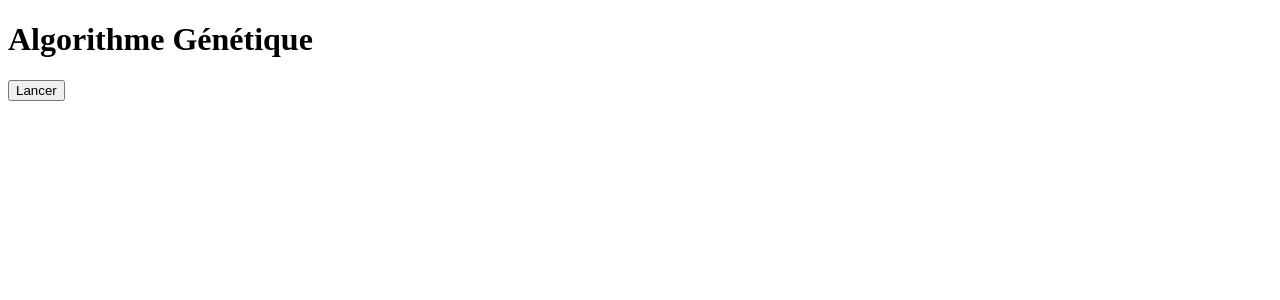
Repository: Dispasim/wynncraft_recipe_generator
Page: frontend.html
These files come from the project's save history. The page is drawn as it stood at one moment and after the next save; the edit follows.
The browser window is 1280 px wide. The pictures show the whole page.

Above is the page before, as saved 2026-05-03 05:45:16.

### frontend.html
<!DOCTYPE html>
<html>
<head>
    <title>Genetic Algorithm Runner</title>
</head>
<body>

<h1>Algorithme Génétique</h1>

<button onclick="runAlgo()">Lancer</button>

<pre id="output"></pre>

<script>
async function runAlgo() {
    document.getElementById("output").innerText = "Calcul en cours...";

    const response = await fetch("/run");
    const data = await response.json();

    document.getElementById("output").innerText =
        "Score: " + data.score + "\n\n" +
        "Recipe: " + data.recipe + "\n\n" +
        "Boost: " + JSON.stringify(data.boost) + "\n\n" +
        "Stats: " + JSON.stringify(data.stats) + "\n\n" +
        "Lien: " + data.link;
}
</script>

</body>
</html>

After the next save:
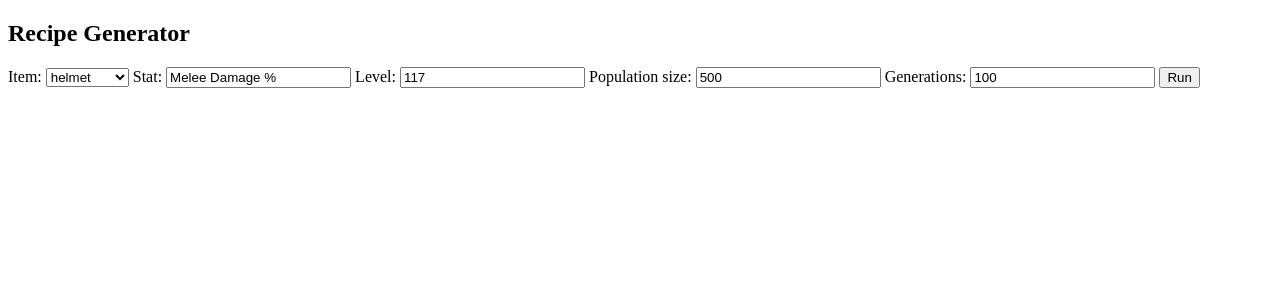
Saved 20 h 48 min later.
--- a/frontend.html
+++ b/frontend.html
@@ -1,29 +1,55 @@
 <!DOCTYPE html>
 <html>
-<head>
-    <title>Genetic Algorithm Runner</title>
-</head>
 <body>
 
-<h1>Algorithme Génétique</h1>
+<h2>Recipe Generator</h2>
 
-<button onclick="runAlgo()">Lancer</button>
+<label>Item:</label>
+<select id="item">
+    <option>helmet</option>
+    <option>chestplate</option>
+    <option>boots</option>
+</select>
+
+<label>Stat:</label>
+<input id="stat" value="Melee Damage %">
+
+<label>Level:</label>
+<input id="level" type="number" value="117">
+
+<label>Population size:</label>
+<input id="pop" type="number" value="500">
+
+<label>Generations:</label>
+<input id="gen" type="number" value="100">
+
+<button onclick="runAlgo()">Run</button>
 
 <pre id="output"></pre>
 
 <script>
 async function runAlgo() {
-    document.getElementById("output").innerText = "Calcul en cours...";
+    const body = {
+        item: document.getElementById("item").value,
+        stat: document.getElementById("stat").value,
+        level: parseInt(document.getElementById("level").value),
+        pop_size: parseInt(document.getElementById("pop").value),
+        generations: parseInt(document.getElementById("gen").value),
+        duration_min: 20
+    };
 
-    const response = await fetch("/run");
-    const data = await response.json();
+    document.getElementById("output").innerText = "Running...";
+
+    const res = await fetch("http://127.0.0.1:8000/run", {
+        method: "POST",
+        headers: {"Content-Type": "application/json"},
+        body: JSON.stringify(body)
+    });
+
+    const data = await res.json();
 
     document.getElementById("output").innerText =
-        "Score: " + data.score + "\n\n" +
-        "Recipe: " + data.recipe + "\n\n" +
-        "Boost: " + JSON.stringify(data.boost) + "\n\n" +
-        "Stats: " + JSON.stringify(data.stats) + "\n\n" +
-        "Lien: " + data.link;
+        JSON.stringify(data, null, 2);
 }
 </script>
 
